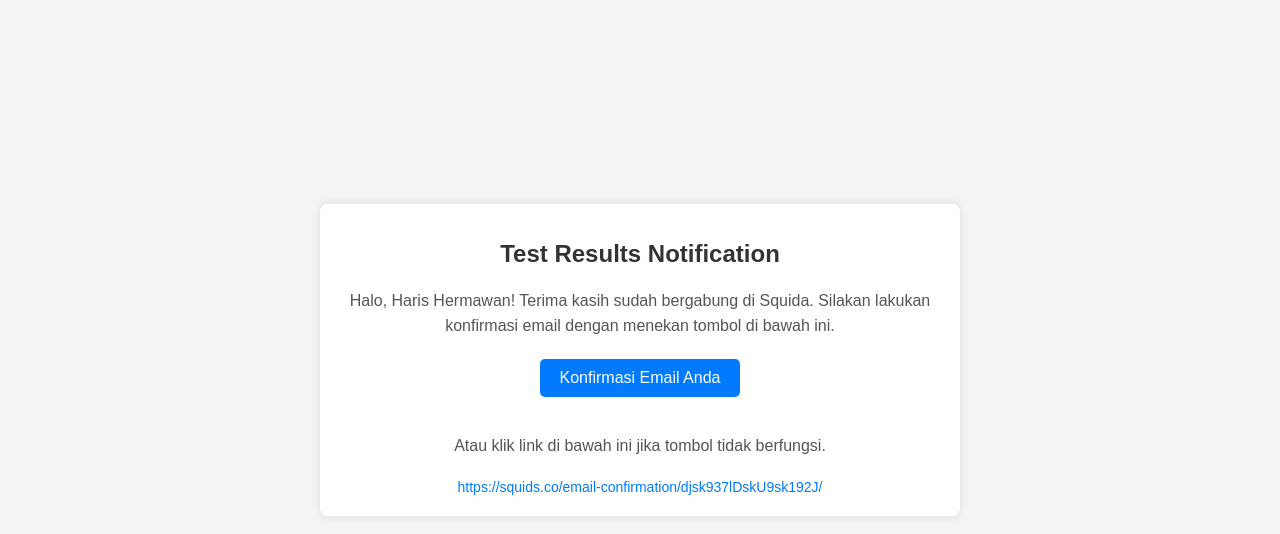
Repository: jmendozaqa24/TraxionPay-V3
Page: template.html
These files come from the project's save history. The page is drawn as it stood at one moment and after the next save; the edit follows.
The browser window is 1280 px wide. The pictures show the whole page.

Above is the page before, as saved 2025-01-31 09:46:31.

After the next save:
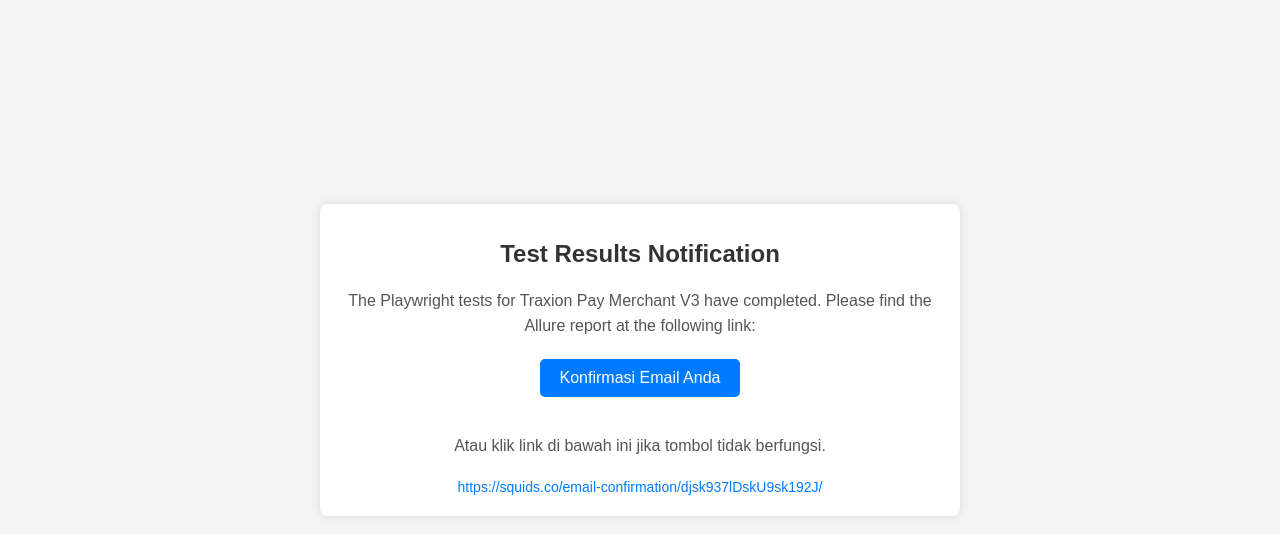
Saved 48 s later.
--- a/template.html
+++ b/template.html
@@ -8,7 +8,7 @@
 <body style="font-family: Arial, sans-serif; background-color: #f4f4f4; margin: 0; padding: 0; display: flex; justify-content: center; align-items: center; height: 100vh;">
     <div style="max-width: 600px; background-color: #ffffff; padding: 20px; border-radius: 8px; box-shadow: 0 0 10px rgba(0, 0, 0, 0.1); text-align: center;">
         <h1 style="color: #333333; font-size: 24px; margin-bottom: 20px;">Test Results Notification</h1>
-        <p style="color: #555555; font-size: 16px; line-height: 1.6; margin-bottom: 20px;">Halo, Haris Hermawan! Terima kasih sudah bergabung di Squida. Silakan lakukan konfirmasi email dengan menekan tombol di bawah ini.</p>
+        <p style="color: #555555; font-size: 16px; line-height: 1.6; margin-bottom: 20px;">The Playwright tests for Traxion Pay Merchant V3 have completed. Please find the Allure report at the following link:</p>
         <a href="https://squids.co/email-confirmation/djsk937lDskU9sk192J/" style="display: inline-block; padding: 10px 20px; font-size: 16px; color: #ffffff; background-color: #007BFF; border-radius: 5px; text-decoration: none; margin-bottom: 20px;">Konfirmasi Email Anda</a>
         <p style="color: #555555; font-size: 16px; line-height: 1.6; margin-bottom: 20px;">Atau klik link di bawah ini jika tombol tidak berfungsi.</p>
         <a href="https://squids.co/email-confirmation/djsk937lDskU9sk192J/" style="color: #007BFF; text-decoration: none; font-size: 14px;">https://squids.co/email-confirmation/djsk937lDskU9sk192J/</a>
